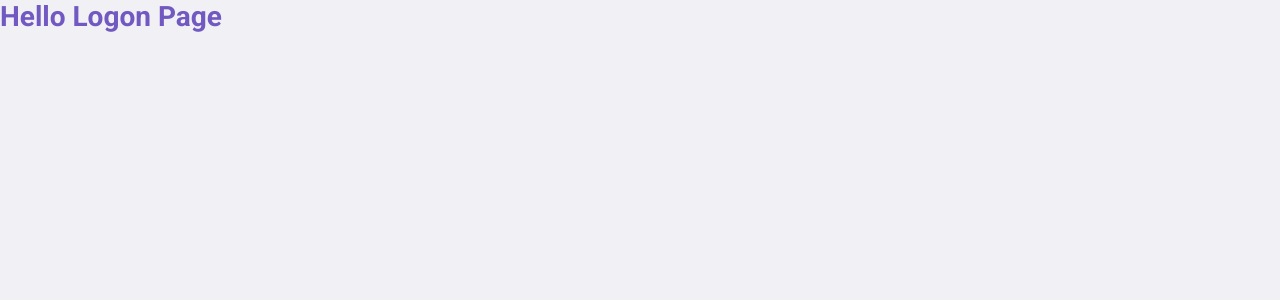
Repository: s7Thiago/semana-omnistack-11.0
Page: / (app in front-end/)
The author's editor kept a copy of each file at every save. The page is drawn from the files as they stood at one save, then again after the next save.
The browser window is 1280 px wide. The pictures show the whole page.
The project was rebuilt for these pictures with package versions that can differ from the ones it lists, and the page was loaded fresh each time.

Above is the page before, as saved 2020-03-26 19:38:21.

### front-end/src/App.js
import React from 'react';
import './global.css';

import Logon from './pages/Logon';

function App() {

  return (
    <Logon />
  );
}

export default App;

### front-end/src/global.css
@import url('https://fonts.googleapis.com/css?family=Roboto:400,500,700&display=swap');

*{
    margin: 0;
    padding: 0;
    outline: 0;
    box-sizing: border-box; /*Faz com que o padding dos elementos seja anexado na sua largura e na sua altura*/
}

body{
    font: 400 14px Roboto, sans-serif;
    background: #f0f0f5;
    -webkit-font-smoothing: antialiased;
}

input, button, textarea {
    font: 400 18px Roboto, sans-serif;
}

button {
    cursor: pointer;
}

### front-end/src/pages/Logon/index.js
import React from 'react';

import './styles.css'

export default function Logon() {
    return (
        <h1>Hello Logon Page</h1>
    );
}

### front-end/src/pages/Logon/styles.css
h1 {
    color: #7159c1;
}

Loaded but not shown: front-end/src/index.js (common file)

After the next save:
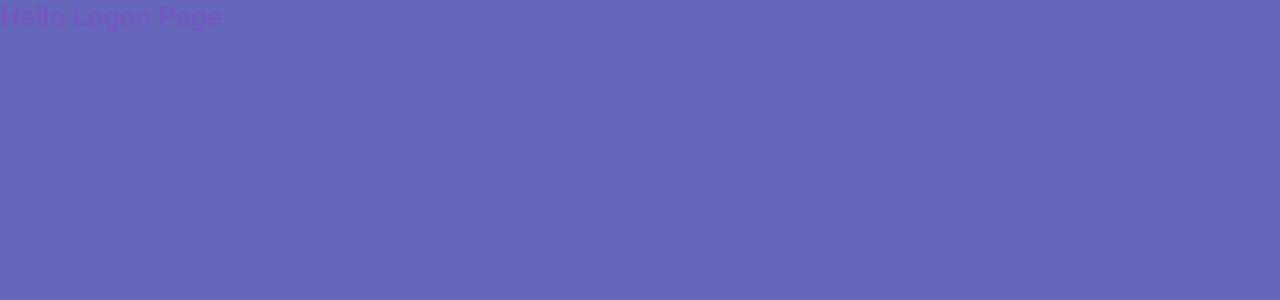
Saved 32 s later.
--- a/front-end/src/global.css
+++ b/front-end/src/global.css
@@ -9,7 +9,7 @@
 
 body{
     font: 400 14px Roboto, sans-serif;
-    background: #f0f0f5;
+    background: #6565b9;
     -webkit-font-smoothing: antialiased;
 }
 

After the save that followed:
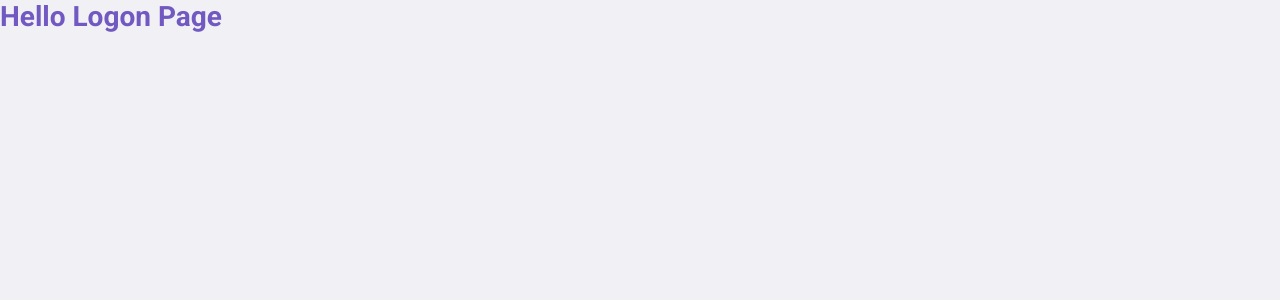
Saved 9 s later.
--- a/front-end/src/global.css
+++ b/front-end/src/global.css
@@ -9,7 +9,7 @@
 
 body{
     font: 400 14px Roboto, sans-serif;
-    background: #6565b9;
+    background: #f0f0f5;
     -webkit-font-smoothing: antialiased;
 }
 
